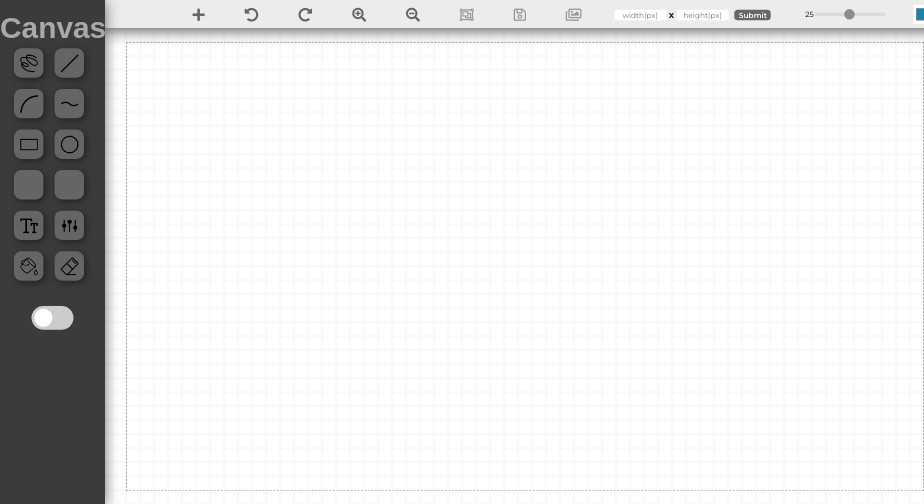
Repository: moryahng/myCanvasProject
Page: index.html
The author's editor kept a copy of each file at every save. The page is drawn from the files as they stood at one save, then again after the next save.
The browser window is 1280 px wide. The page is 1320 px wide, so the pictures cover 1320 px, including what lies to the right of the window. The pictures show the part of the page from y = 0 to 1880 px (the page is 720 px tall before and 6651 px after), at 70% of full size.
Some web fonts or font styles are not loaded; a fallback is used.

Above is the page before, as saved 2021-11-11 22:46:29.

After the next save:
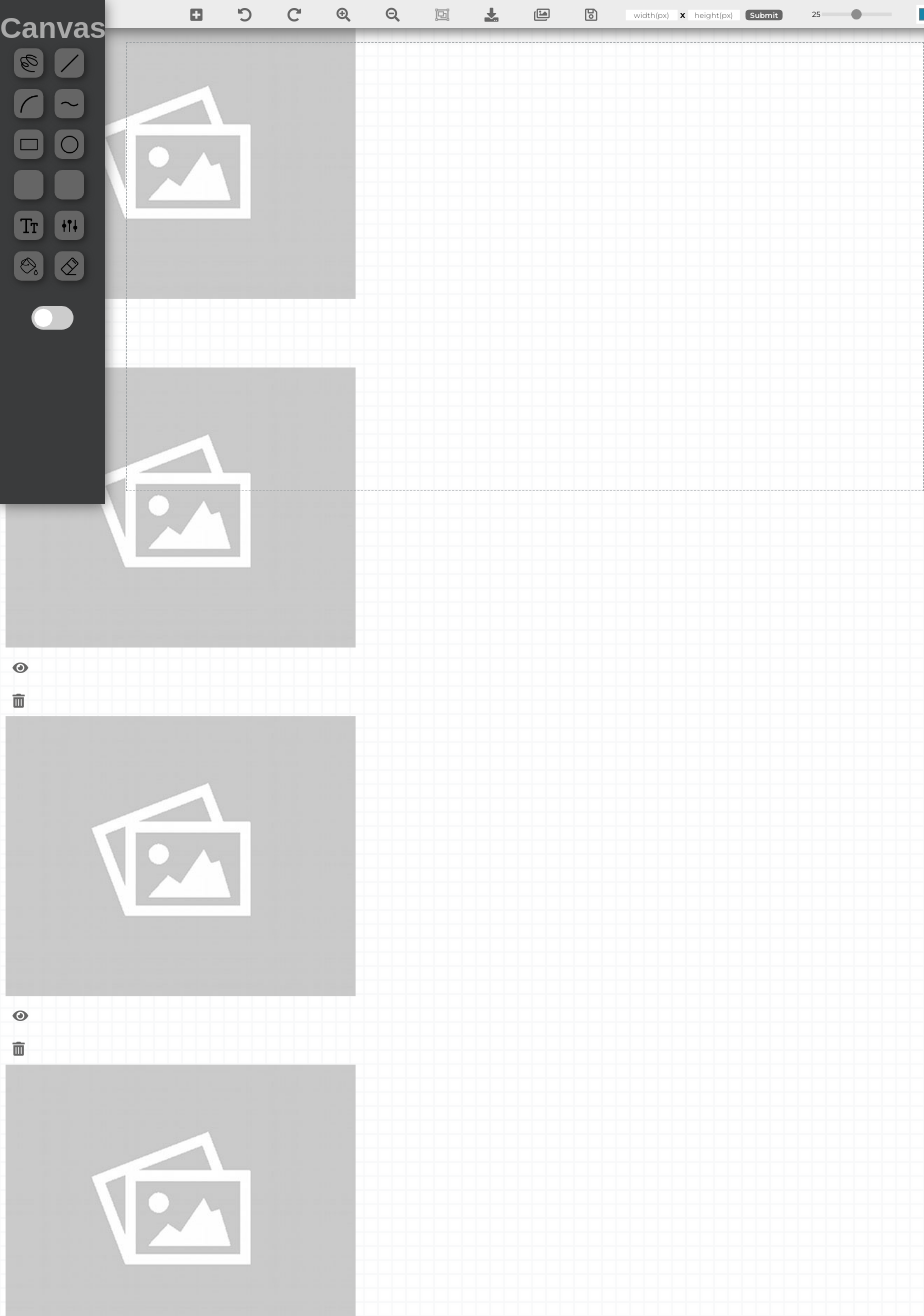
Saved 2 min 5 s later.
--- a/index.html
+++ b/index.html
@@ -21,14 +21,20 @@
         </div>
 
         <div class="nav-items-container">
-            <div class="nav-icon"><i class="fas fa-plus"></i></div>
-            <div class="nav-icon"id="undo-btn"><i class="fas fa-undo-alt"></i></div>
-            <div class="nav-icon"><i class="fas fa-redo-alt"></i></div>
+            <div class="nav-icon" id="new-btn"><i class="fas fa-plus-square"></i></div>
+            <div class="nav-icon" id="undo-btn"><i class="fas fa-undo-alt"></i></div>
+            <div class="nav-icon" id="redo-btn"><i class="fas fa-redo-alt"></i></div>
             <div class="nav-icon"><i class="fas fa-search-plus"></i></div>
             <div class="nav-icon"><i class="fas fa-search-minus"></i></div>
             <div class="nav-icon deative"><i class="far fa-object-group"></i></div>
-            <div class="nav-icon deative"><i class="far fa-save"></i></div>
-            <div class="nav-icon deative"><i class="far fa-images"></i></div>
+            <div class="nav-icon" id="download-btn"><i class="fas fa-download"></i></div>
+            <div class="nav-icon" id="gallery-btn"><i class="far fa-images"></i><!--<a href="./gallery.html"
+            onclick="window.open('./gallery.html',
+              'newwindow',
+              'width=740px,height=660px');
+              return false;">
+            <i class="far fa-images"></i></a>--></div>
+            <div class="nav-icon" id="add-btn"><i class="far fa-save"></i></div>
 
             <form id="dimension-input">
                 <input class="dimension" id="canvas-width" type="text" placeholder="width(px)">
@@ -54,6 +60,99 @@
         </div>
 
     </nav>
+
+<!-- Gallery Modal-->
+<div id="myModal" class="modal">
+<span class="close">&times;</span>
+    <div class="gallery-container">
+        <div class="gallery-img-container" id="gallery-img-container-1">
+            <div class="gallery-img" id="gallery-img-1"><img src="./Images/empty-img.jpeg"></div>
+            <div class="gallery-icon-container">
+                <div class="nav-icon view-gallery-img" id="view-img-1"><i class="fas fa-eye"></i></div>
+                <div class="nav-icon delete-gallery-img" id="delete-img-1"><i class="fas fa-trash-alt"></i></div>
+            </div>
+        </div>
+        <div class="gallery-img-container" id="gallery-img-container-2">
+            <div class="gallery-img" id="gallery-img-2"><img src="./Images/empty-img.jpeg"></div>
+            <div class="gallery-icon-container">
+                <div class="nav-icon view-gallery-img" id="view-img-2"><i class="fas fa-eye"></i></div>
+                <div class="nav-icon delete-gallery-img" id="delete-img-2"><i class="fas fa-trash-alt"></i></div>
+            </div>
+
+        </div>
+        <div class="gallery-img-container" id="gallery-img-container-3">
+            <div class="gallery-img" id="gallery-img-3"><img src="./Images/empty-img.jpeg"></div>
+            <div class="gallery-icon-container">
+                <div class="nav-icon view-gallery-img" id="view-img-3"><i class="fas fa-eye"></i></div>
+                <div class="nav-icon delete-gallery-img" id="delete-img-3"><i class="fas fa-trash-alt"></i></div>
+            </div>
+
+        </div>
+        <div class="gallery-img-container" id="gallery-img-container-4">
+            <div class="gallery-img" id="gallery-img-4"><img src="./Images/empty-img.jpeg"></div>
+            <div class="gallery-icon-container">
+                <div class="nav-icon view-gallery-img" id="view-img-4"><i class="fas fa-eye"></i></div>
+                <div class="nav-icon delete-gallery-img" id="delete-img-4"><i class="fas fa-trash-alt"></i></div>
+            </div>
+        </div>
+        <div class="gallery-img-container" id="gallery-img-container-5">
+            <div class="gallery-img" id="gallery-img-5"><img src="./Images/empty-img.jpeg"></div>
+            <div class="gallery-icon-container">
+                <div class="nav-icon view-gallery-img" id="view-img-5"><i class="fas fa-eye"></i></div>
+                <div class="nav-icon delete-gallery-img" id="delete-img-5"><i class="fas fa-trash-alt"></i></div>
+            </div>
+        </div>
+        <div class="gallery-img-container" id="gallery-img-container-6">
+            <div class="gallery-img" id="gallery-img-6"><img src="./Images/empty-img.jpeg"></div>
+            <div class="gallery-icon-container">
+                <div class="nav-icon view-gallery-img" id="view-img-6"><i class="fas fa-eye"></i></div>
+                <div class="nav-icon delete-gallery-img" id="delete-img-6"><i class="fas fa-trash-alt"></i></div>
+            </div>
+        </div>
+        <div class="gallery-img-container" id="gallery-img-container-7">
+            <div class="gallery-img" id="gallery-img-7"><img src="./Images/empty-img.jpeg"></div>
+            <div class="gallery-icon-container">
+                <div class="nav-icon view-gallery-img" id="view-img-7"><i class="fas fa-eye"></i></div>
+                <div class="nav-icon delete-gallery-img" id="delete-img-7"><i class="fas fa-trash-alt"></i></div>
+            </div>
+        </div>
+        <div class="gallery-img-container" id="gallery-img-container-8">
+            <div class="gallery-img" id="gallery-img-8"><img src="./Images/empty-img.jpeg"></div>
+            <div class="gallery-icon-container">
+                <div class="nav-icon view-gallery-img" id="view-img-8"><i class="fas fa-eye"></i></div>
+                <div class="nav-icon delete-gallery-img" id="delete-img-8"><i class="fas fa-trash-alt"></i></div>
+            </div>
+        </div>
+        <div class="gallery-img-container" id="gallery-img-container-9">
+            <div class="gallery-img" id="gallery-img-9"><img src="./Images/empty-img.jpeg"></div>
+            <div class="gallery-icon-container">
+                <div class="nav-icon view-gallery-img" id="view-img-9"><i class="fas fa-eye"></i></div>
+                <div class="nav-icon delete-gallery-img" id="delete-img-9"><i class="fas fa-trash-alt"></i></div>
+            </div>
+        </div>
+        <div class="gallery-img-container" id="gallery-img-container-10">
+            <div class="gallery-img" id="gallery-img-10"><img src="./Images/empty-img.jpeg"></div>
+            <div class="gallery-icon-container">
+                <div class="nav-icon view-gallery-img" id="view-img-10"><i class="fas fa-eye"></i></div>
+                <div class="nav-icon delete-gallery-img" id="delete-img-10"><i class="fas fa-trash-alt"></i></div>
+            </div>
+        </div>
+        <div class="gallery-img-container" id="gallery-img-container-11">
+            <div class="gallery-img" id="gallery-img-11"><img src="./Images/empty-img.jpeg"></div>
+            <div class="gallery-icon-container">
+                <div class="nav-icon view-gallery-img" id="view-img-11"><i class="fas fa-eye"></i></div>
+                <div class="nav-icon delete-gallery-img" id="delete-img-11"><i class="fas fa-trash-alt"></i></div>
+            </div>
+        </div>
+        <div class="gallery-img-container" id="gallery-img-container-12">
+            <div class="gallery-img" id="gallery-img-12"><img src="./Images/empty-img.jpeg"></div>
+            <div class="gallery-icon-container">
+                <div class="nav-icon view-gallery-img" id="view-img-12"><i class="fas fa-eye"></i></div>
+                <div class="nav-icon delete-gallery-img" id="delete-img-12"><i class="fas fa-trash-alt"></i></div>
+            </div>
+        </div>
+    </div>
+</div>
 
 
     <!-- Canvas -->
@@ -71,6 +170,7 @@
           height="640px"
         ></canvas>
       </div>
+
 
 
           <!-- Tools bar -->
